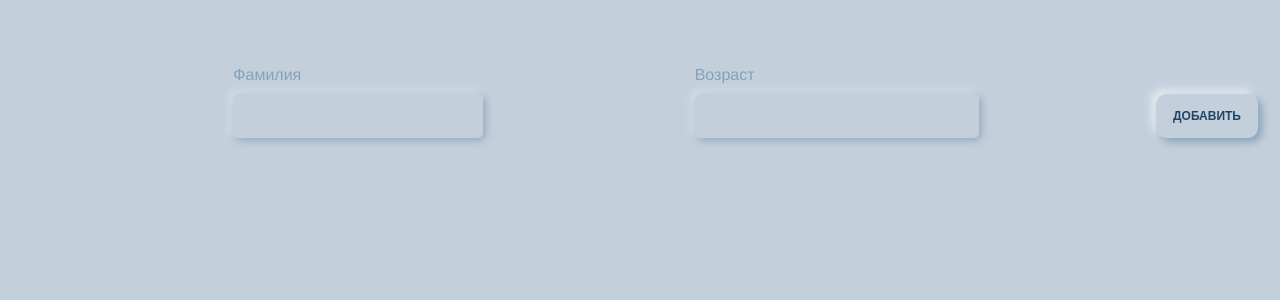
Repository: shum89/test-vue-table
Page: /
These files come from the project's save history. The page is drawn as it stood at one moment and after the next save; the edit follows.
The browser window is 1280 px wide. The pictures show the whole page.
The project was rebuilt for these pictures with package versions that can differ from the ones it lists, and the page was loaded fresh each time. Also part of the build but not shown: vue.config.js.

Above is the page before, as saved 2021-07-18 23:23:03.

After the next save:
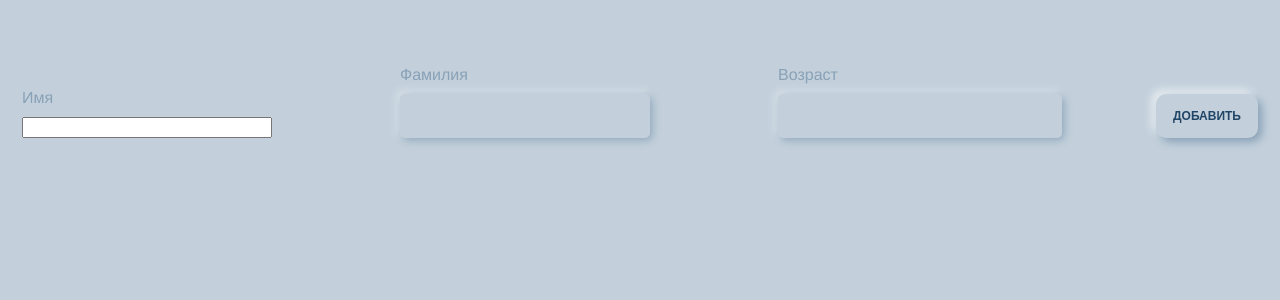
Saved 29 s later.
--- a/src/components/Form.vue
+++ b/src/components/Form.vue
@@ -68,7 +68,7 @@ export default {
   },
 
   name: 'FormCustom',
-  components: { Form, Field },
+  components: { Form, Field, TextInput },
   inheritAttrs: false,
 };
 </script>
